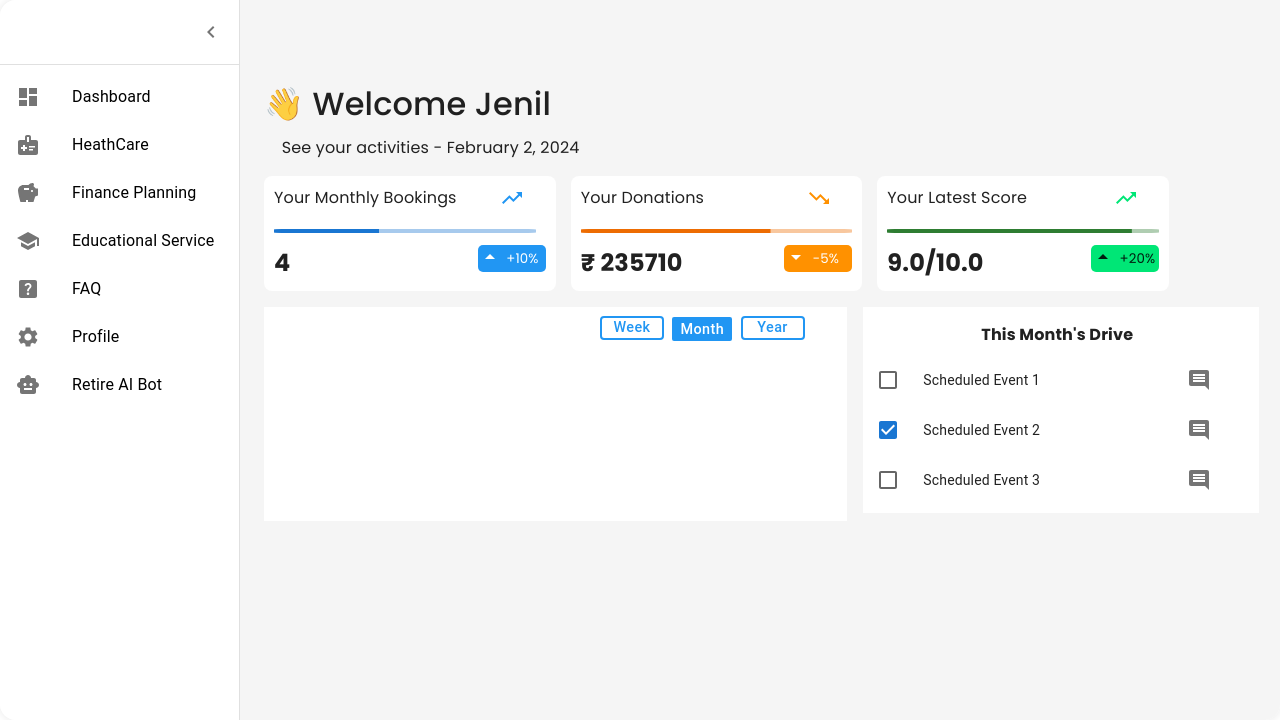
Repository: shubhampirate/Google_Solutions_Edural
Page: /dashboard
The author's editor kept a copy of each file at every save. The page is drawn from the files as they stood at one save, then again after the next save.
The browser window is 1280 px wide. The pictures show the whole page.
The page's requests for data from a server got no answer. The project was rebuilt for these pictures with package versions that can differ from the ones it lists, and the page was loaded fresh each time. Some packages were replaced by stand-ins written for this rebuild. No one was signed in, and anything a server would have sent is missing. Also part of the build but not shown: src/Components/CustomButton.jsx, src/Components/Navbar.jsx, src/Components/Footer.jsx, src/Components/CongratsCard.jsx, src/pages/Hero/Hero.jsx, src/pages/Sign_in.jsx.

Above is the page before, as saved 2024-02-03 17:41:21.

After the next save:
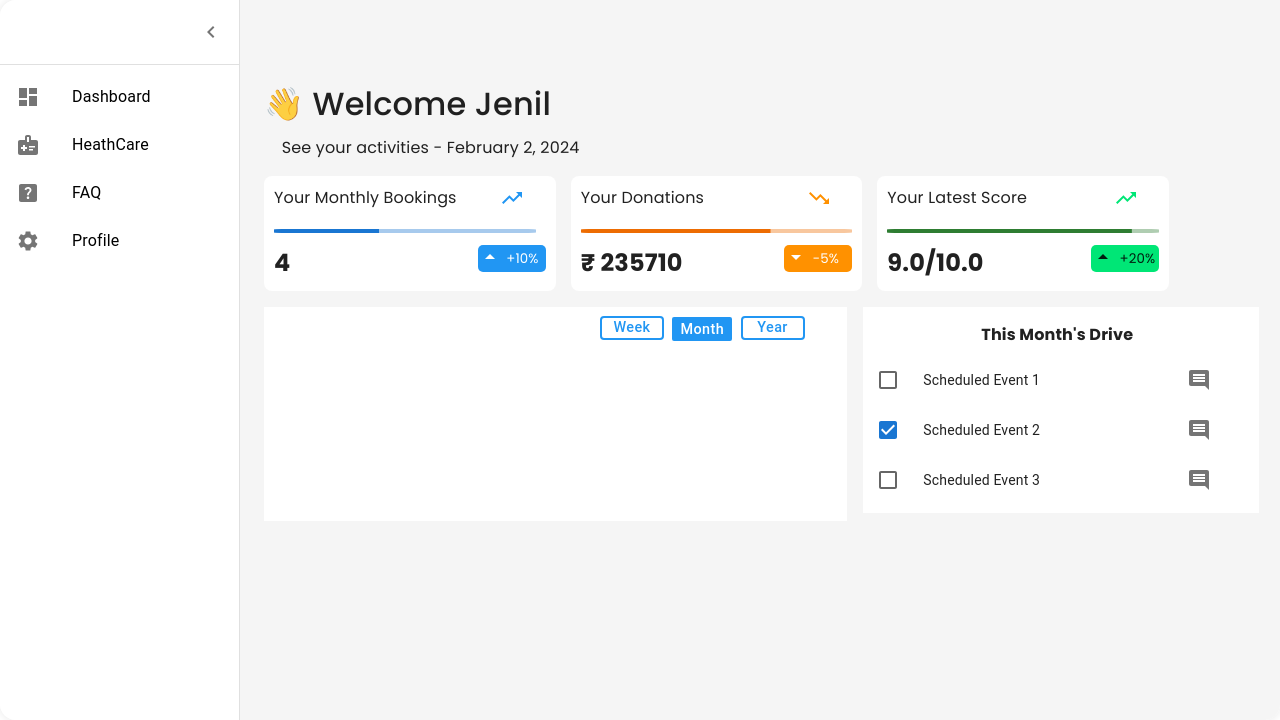
Saved 57 s later.
--- a/src/Components/listItems.jsx
+++ b/src/Components/listItems.jsx
@@ -32,22 +32,22 @@ export const mainListItems = (
           <ListItemText primary="HeathCare" />
         </ListItemButton>
       </Link>
-      <Link to="/finance" style={{ textDecoration: "none", color: "black" }}>
+      {/* <Link to="/finance" style={{ textDecoration: "none", color: "black" }}>
         <ListItemButton>
           <ListItemIcon>
             <SavingsIcon />
           </ListItemIcon>
           <ListItemText primary="Finance Planning" />
         </ListItemButton>
-      </Link>
-      <Link to="/education" style={{ textDecoration: "none", color: "black" }}>
+      </Link> */}
+      {/* <Link to="/education" style={{ textDecoration: "none", color: "black" }}>
         <ListItemButton>
           <ListItemIcon>
             <SchoolIcon />
           </ListItemIcon>
           <ListItemText primary="Educational Service" />
         </ListItemButton>
-      </Link>
+      </Link> */}
       <Link to="/questions" style={{ textDecoration: "none", color: "black" }}>
         <ListItemButton>
           <ListItemIcon>
@@ -64,14 +64,14 @@ export const mainListItems = (
           <ListItemText primary="Profile" />
         </ListItemButton>
       </Link>
-      <Link to="/retireaibot" style={{ textDecoration: "none", color: "black" }}>
+      {/* <Link to="/retireaibot" style={{ textDecoration: "none", color: "black" }}>
         <ListItemButton>
           <ListItemIcon>
             <SmartToyIcon />
           </ListItemIcon>
           <ListItemText primary="Retire AI Bot" />
         </ListItemButton>
-      </Link>
+      </Link> */}
     </React.Fragment >
   </>
 );
